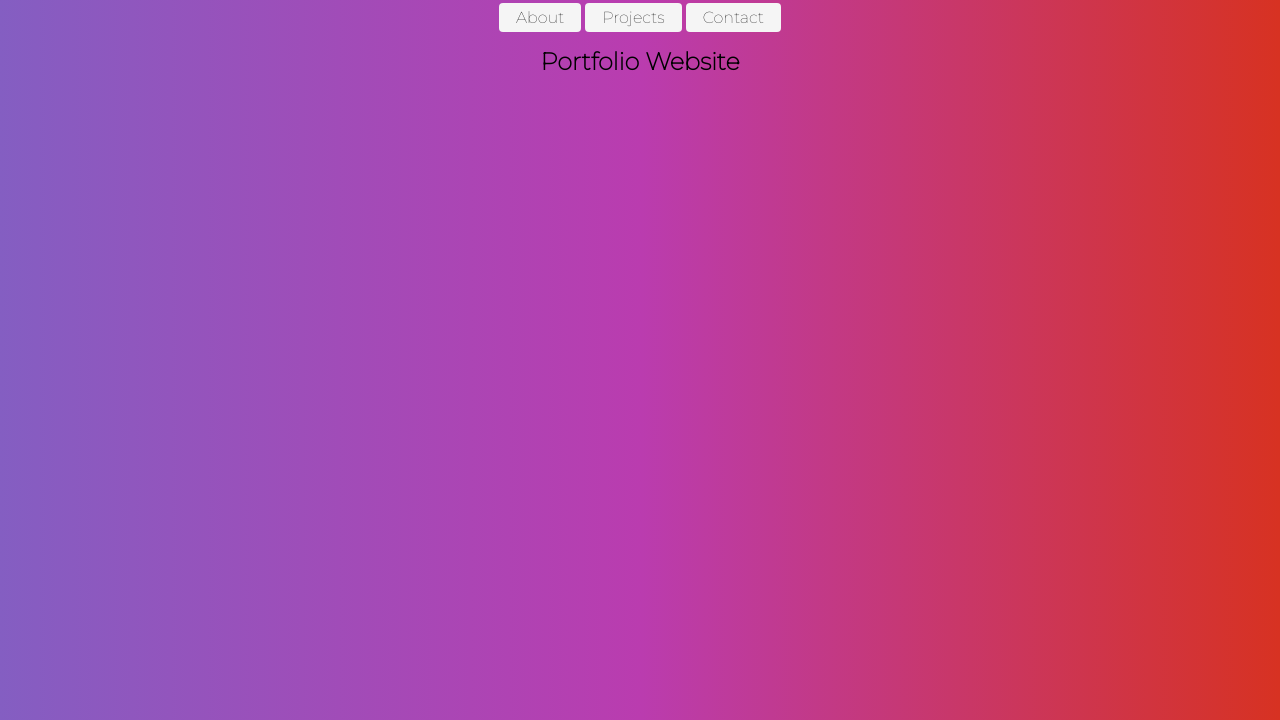
Repository: thecptwaffles/portfolio
Page: index.htm
The author's editor kept a copy of each file at every save. The page is drawn from the files as they stood at one save, then again after the next save.
The browser window is 1280 px wide. The pictures show the whole page.

Above is the page before, as saved 2022-05-05 21:47:00.

### index.htm
<!DOCTYPE html>
<html lang="en">

<head>
    <meta charset="UTF-8">
    <meta http-equiv="X-UA-Compatible" content="IE=edge">
    <meta name="viewport" content="width=device-width, initial-scale=1.0">
    <link rel="shortcut icon" href="./content/Icon.png" type="image/x-icon">
    <link rel="stylesheet" href="style.css">
    <link rel="preconnect" href="https://fonts.googleapis.com">
    <link rel="preconnect" href="https://fonts.gstatic.com" crossorigin>
    <link href="https://fonts.googleapis.com/css2?family=Montserrat:wght@100&family=Quicksand:wght@300&display=swap"
        rel="stylesheet">
    <title>Portfolio Website</title>
    <script defer src="./index.js"></script>
</head>

<body>
    <!--make a navbar that links to an about page, contact page, projects page-->
    <nav>
        <div class="nav-container">
            <div class="nav-links">
                <a href="about.html">About</a>
                <a href="projects.html">Projects</a>
                <a href="contact.html">Contact</a>
            </div>
        </div>
        <h1>Portfolio Website</h1>
</body>

</html>

### style.css
@import url('https://fonts.googleapis.com/css2?family=Montserrat:wght@100&family=Source+Sans+Pro:wght@200&display=swap');

:root {
    --prim-clr: #845ec2;
    --sec-clr: #ba3caf;
    --accent-clr: #d73222;
    --prim-font: 'Montserrat', sans-serif;
    --sec-font: 'Source Sans Pro', sans-serif;
    --gradient-percent: 0%;
}




body {
    position: relative;
    text-align: center;
    background: linear-gradient(90deg, var(--prim-clr), var(--sec-clr), var(--accent-clr));
    color: black;
}




h1 {
    font-family: var(--prim-font);
    text-align: center;
}

p {
    font-family: var(--sec-font);
    text-align: center;
}

/* style the nav-container class and the links in them so it acts like a drop down menu*/
.nav-container {
    position: relative;
    text-align: center;
}

.nav-container a {
    font-family: var(--prim-font);
    text-align: center;
    padding: 0.25em 1em;
    background: whitesmoke;
    color: black;
    font-weight: 400;
    text-decoration: none;
    border-radius: 0.25em;
    transition: all 0.25s ease-in-out;
    border: 1px solid transparent;
    -webkit-border-radius: 0.25em;
    -moz-border-radius: 0.25em;
    -ms-border-radius: 0.25em;
    -o-border-radius: 0.25em;
    -webkit-transition: all 0.25s ease-in-out;
    -moz-transition: all 0.25s ease-in-out;
    -ms-transition: all 0.25s ease-in-out;
    -o-transition: all 0.25s ease-in-out;
}

Loaded but not shown: index.js (no stored copy; drawn as an empty file)

After the next save:
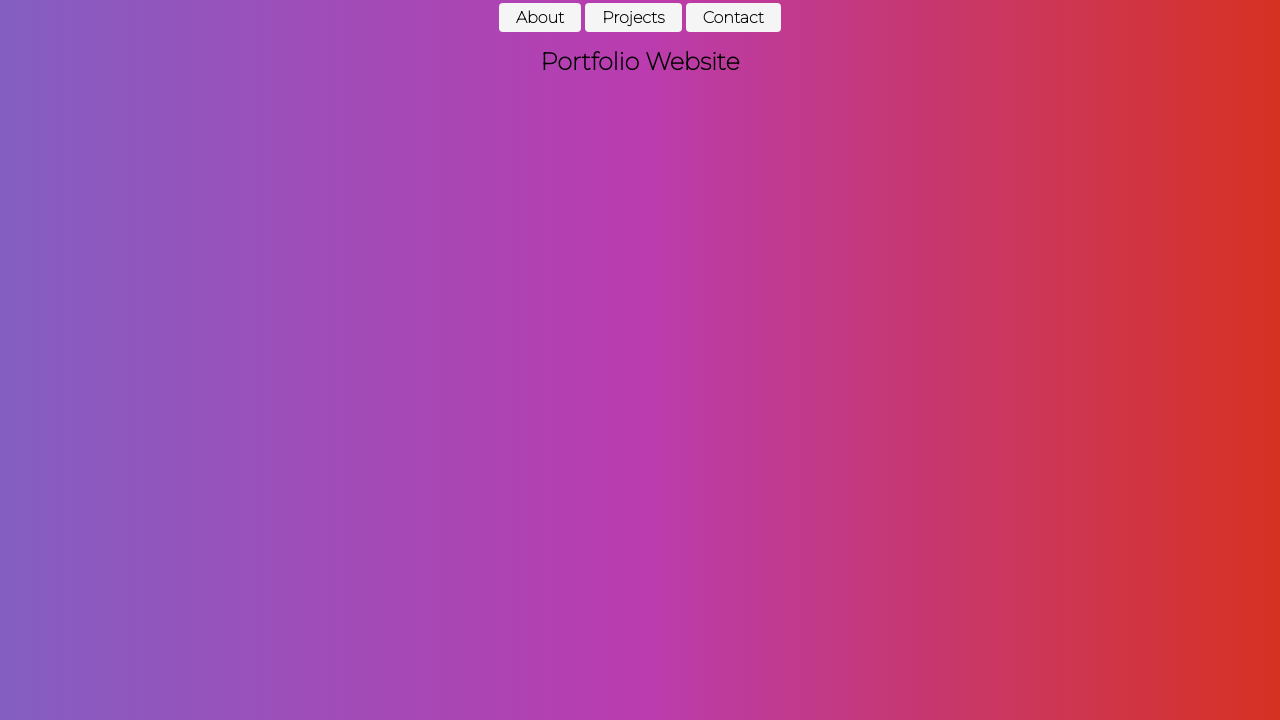
Saved 8 s later.
--- a/style.css
+++ b/style.css
@@ -44,7 +44,7 @@ p {
     padding: 0.25em 1em;
     background: whitesmoke;
     color: black;
-    font-weight: 400;
+    font-weight: 600;
     text-decoration: none;
     border-radius: 0.25em;
     transition: all 0.25s ease-in-out;
